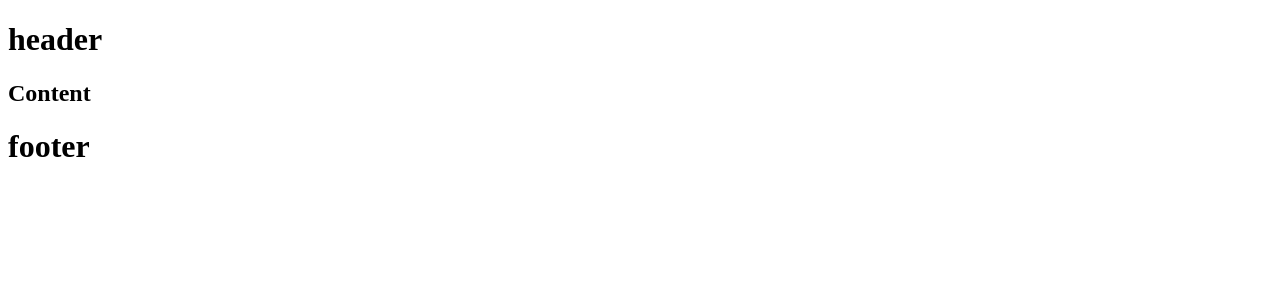
Repository: jsungl/WEBSERVER-WORKSPACE
Page: http://localhost/01_helloweb/jsp/include.jsp
The author's editor kept a copy of each file at every save. The page is drawn from the files as they stood at one save, then again after the next save.
The browser window is 1280 px wide. The pictures show the whole page.
The page is served by Tomcat 9. Other server files are loaded and not shown.

Above is the page before, as saved 2021-03-24 12:15:52.

### 01_helloweb/WebContent/jsp/include.jsp
<%@ page language="java" contentType="text/html; charset=UTF-8"
    pageEncoding="UTF-8"%>
<!DOCTYPE html>
<html>
<head>
<meta charset="UTF-8">
<title>jsp</title>
</head>
<body>
	<header>
		<h1>header</h1>
	</header>
	<section>
		<h1>Content</h1>
	</section>
	<footer>
		<h1>footer</h1>
	</footer>
</body>
</html>

After the next save:
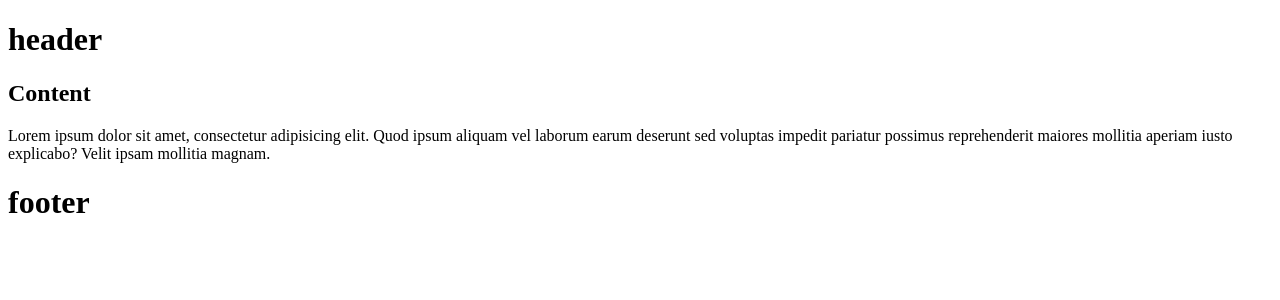
Saved 71 s later.
--- a/01_helloweb/WebContent/jsp/include.jsp
+++ b/01_helloweb/WebContent/jsp/include.jsp
@@ -12,6 +12,7 @@
 	</header>
 	<section>
 		<h1>Content</h1>
+		<p>Lorem ipsum dolor sit amet, consectetur adipisicing elit. Quod ipsum aliquam vel laborum earum deserunt sed voluptas impedit pariatur possimus reprehenderit maiores mollitia aperiam iusto explicabo? Velit ipsam mollitia magnam.</p>
 	</section>
 	<footer>
 		<h1>footer</h1>
